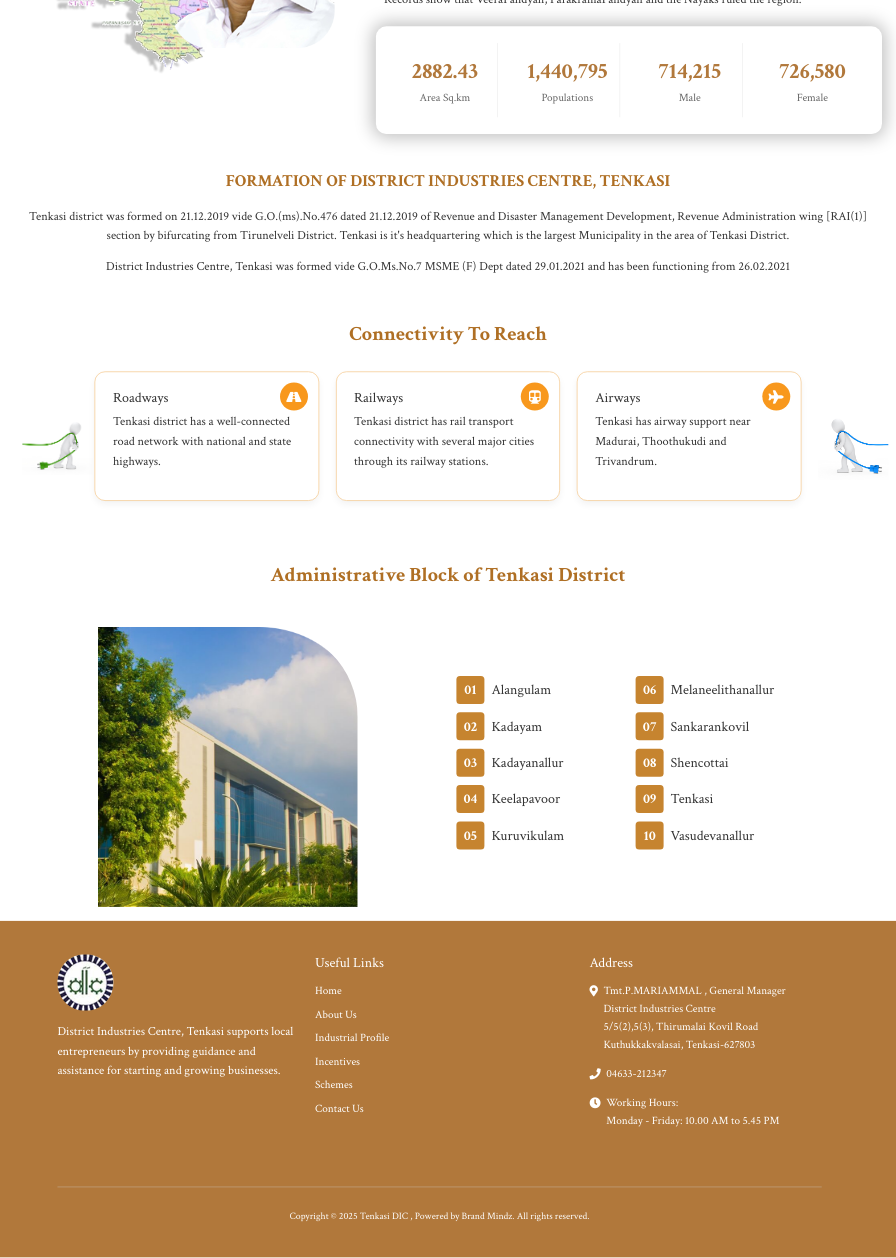
Repository: Brand-Mindz-Global-Technology-Pvt-Ltd/TenkasiDIC--FrontEnd
Page: About US/aboutus.html
These files come from the project's save history. The page is drawn as it stood at one moment and after the next save; the edit follows.
The browser window is 1280 px wide. The pictures show the part of the page from y = 951 to 2871 px (the page is 2748 px tall before and 2916 px after), at 70% of full size.

Above is the page before, as saved 2025-07-09 11:32:28.

After the next save:
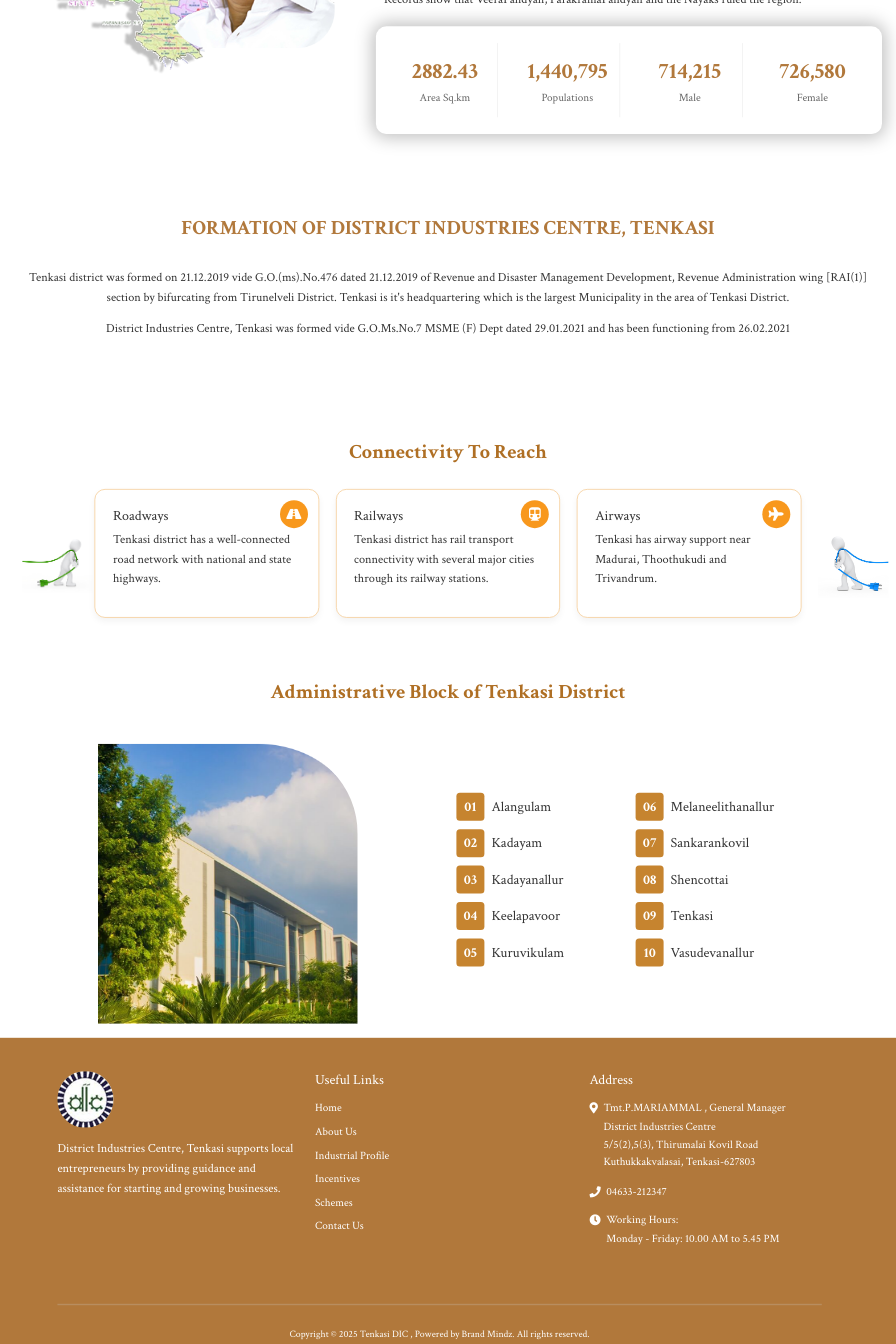
Saved 5 s later.
--- a/About US/aboutus.html
+++ b/About US/aboutus.html
@@ -115,9 +115,9 @@
     </div>
   </div>
 
-  <div class="text-center mb-5">
-
-    <div class="about-title mt-4">FORMATION OF DISTRICT INDUSTRIES CENTRE, TENKASI</div>
+  <div class="text-center section">
+
+    <div class="section-title">FORMATION OF DISTRICT INDUSTRIES CENTRE, TENKASI</div>
     <p>
       Tenkasi district was formed on 21.12.2019 vide G.O.(ms).No.476 dated 21.12.2019 of Revenue and Disaster Management Development, Revenue Administration wing [RAI(1)] section by bifurcating from Tirunelveli District. Tenkasi is it's headquartering which is the largest Municipality in the area of Tenkasi District.
 
